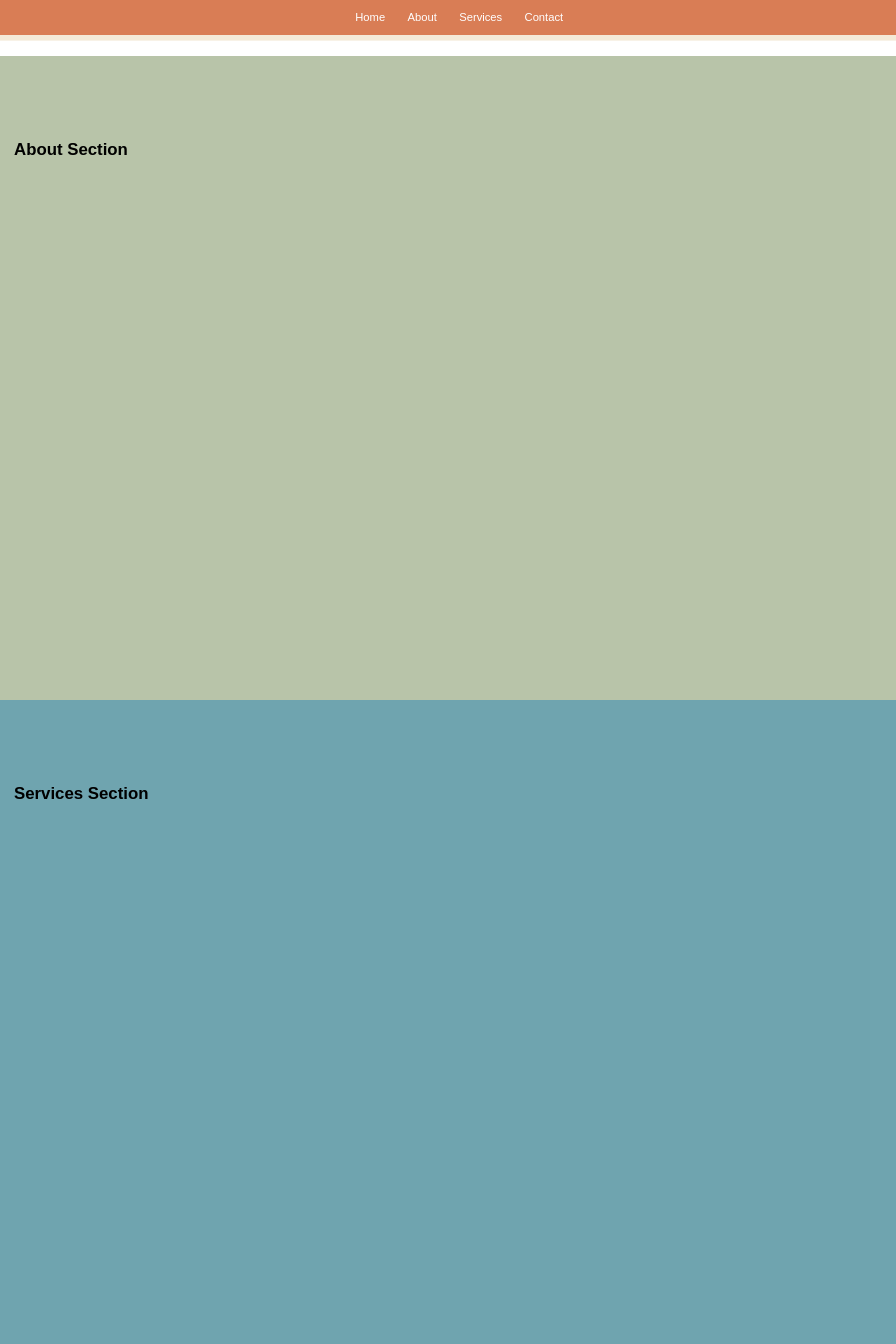
Repository: danichimescu/tema_unu_
Page: index.html
These files come from the project's save history. The page is drawn as it stood at one moment and after a run of saves; the edit follows.
The browser window is 1280 px wide. The pictures show the part of the page from y = 0 to 1920 px (the page is 2840 px tall before and 1978 px after), at 70% of full size.

Above is the page before, as saved 2025-10-06 01:47:52.

After the next 4 saves:
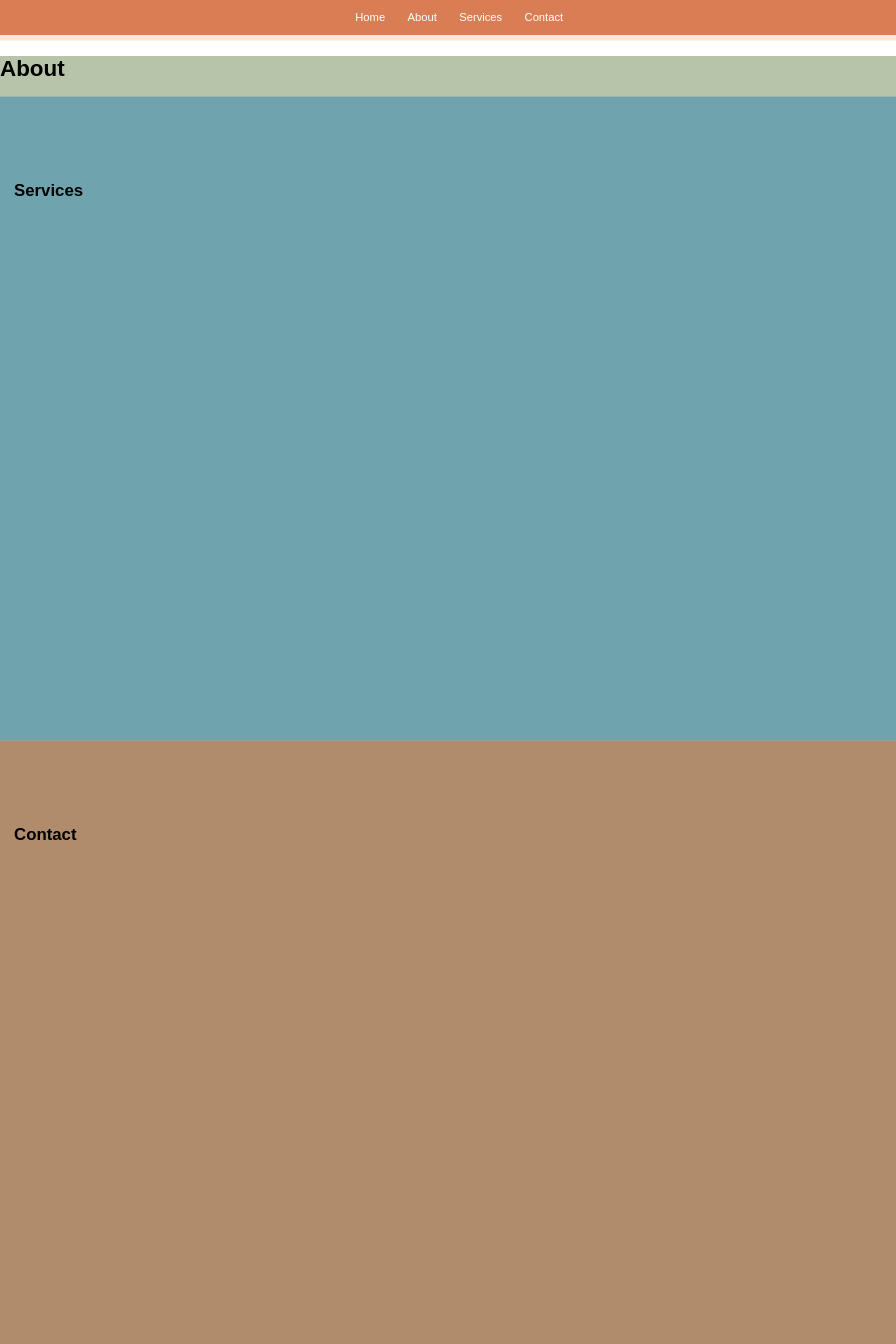
The 4 saves are shown as one change because they came seconds apart.
The last was saved 14 s later.
--- a/index.html
+++ b/index.html
@@ -30,16 +30,16 @@
   </nav>
 
   <div id="home">
-    <h1>Home Section</h1>
+    <h1>Home</h1>
   </div>
-  <section id="about">
-    <h1>About Section</h1>
+  <div id="about">
+    <h1>About</h1>
   </section>
   <section id="services">
-    <h1>Services Section</h1>
+    <h1>Services</h1>
   </section>
   <section id="contact">
-    <h1>Contact Section</h1>
+    <h1>Contact</h1>
   </section>
 
 </body>
